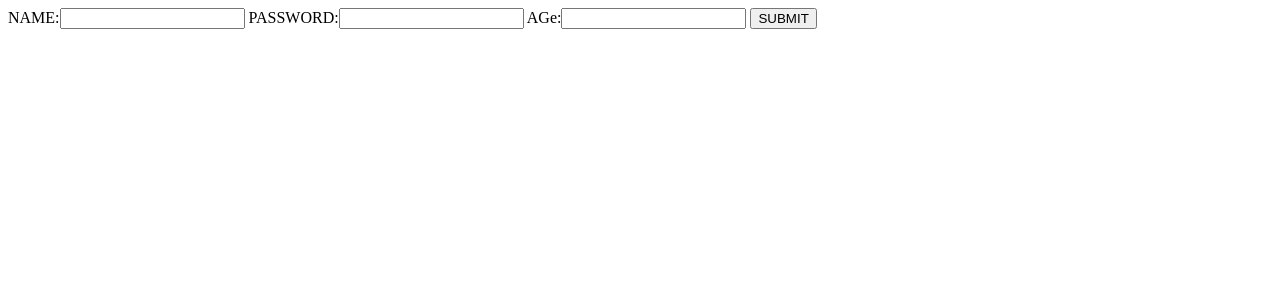
Repository: Muskan-Garg696/muskan_training
Page: WebApplicationProject1/CheckAge/WebContent/Home.html
The author's editor kept a copy of each file at every save. The page is drawn from the files as they stood at one save, then again after the next save.
The browser window is 1280 px wide. The pictures show the whole page.

Above is the page before, as saved 2019-09-06 09:48:04.

### WebApplicationProject1/CheckAge/WebContent/Home.html
<!DOCTYPE html>
<html>
<head>
<meta charset="ISO-8859-1">
<title>Insert title here</title>
</head>
<body>
<form action="CheckAge" method="post">
NAME:<input type="text" name="user" >
PASSWORD:<input type="password" name="password" >
AGe:<input type="text" name="Age" >
<INPUT TYPE="SUBMIT" NAME="SUBMIT" VALUE="SUBMIT">


</form>
</body>
</html>

After the next save:
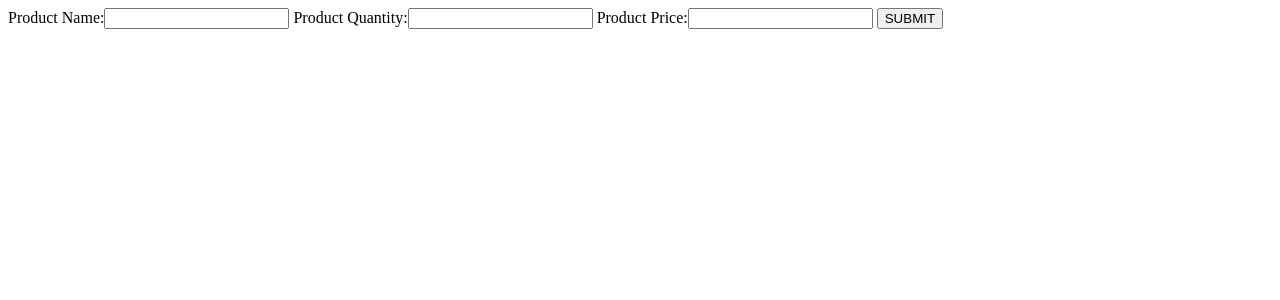
Saved 24 min 12 s later.
--- a/WebApplicationProject1/CheckAge/WebContent/Home.html
+++ b/WebApplicationProject1/CheckAge/WebContent/Home.html
@@ -6,9 +6,9 @@
 </head>
 <body>
 <form action="CheckAge" method="post">
-NAME:<input type="text" name="user" >
-PASSWORD:<input type="password" name="password" >
-AGe:<input type="text" name="Age" >
+Product Name:<input type="text" name="name" >
+Product Quantity:<input type="text" name="quantity" >
+Product Price:<input type="text" name="price" >
 <INPUT TYPE="SUBMIT" NAME="SUBMIT" VALUE="SUBMIT">
 
 
